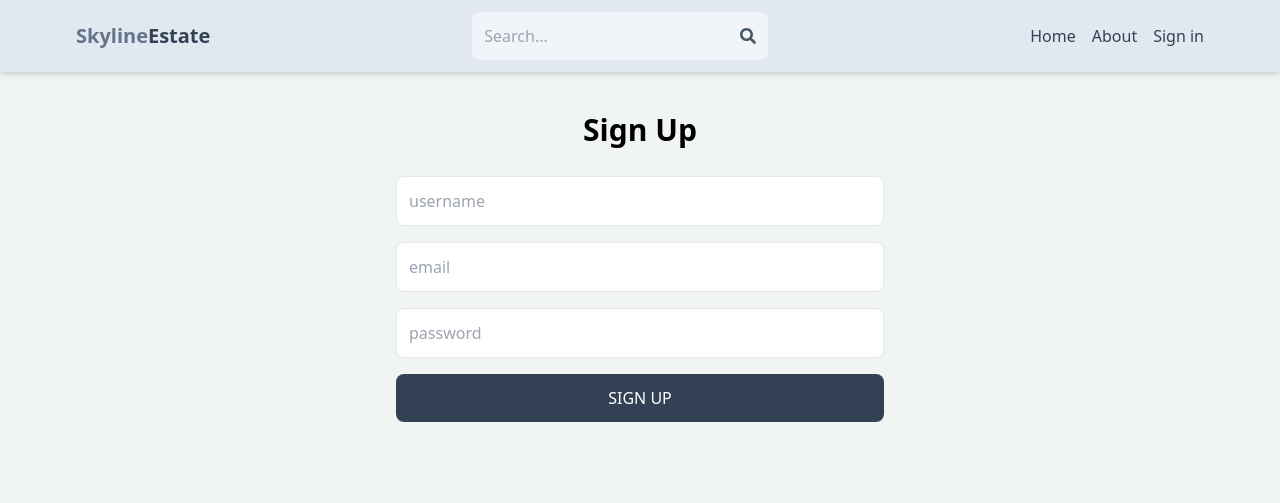
Repository: stavan30/mern-estate
Page: /sign-up (app in client/)
An editor plug-in stored every save of this project. The page is shown before and after the next save, followed by the edit.
The browser window is 1280 px wide. The pictures show the whole page.
The project was rebuilt for these pictures with package versions that can differ from the ones it lists, and the page was loaded fresh each time. Also part of the build but not shown: client/vite.config.js, client/src/pages/About.jsx, client/src/pages/Home.jsx, client/src/pages/Profile.jsx, client/src/pages/SignIn.jsx.

Above is the page before, as saved 2024-01-19 02:32:51.

After the next save:
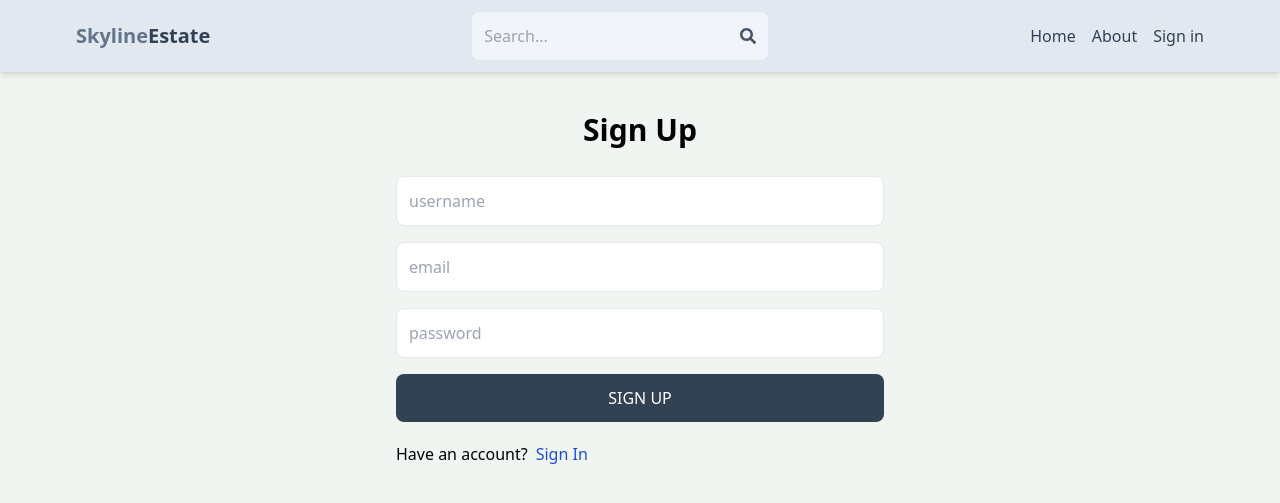
Saved 4 min 29 s later.
--- a/client/src/pages/SignUp.jsx
+++ b/client/src/pages/SignUp.jsx
@@ -1,4 +1,4 @@
-import React from 'react'
+import { Link } from 'react-router-dom';
 
 export default function SignUp() {
   return (
@@ -20,6 +20,12 @@ export default function SignUp() {
           Sign Up
         </button>
       </form>
+      <div className='flex gap-2 mt-5'>
+        <p>Have an account? </p>
+        <Link to={"/sing-in"}>
+          <span className='text-blue-700'>Sign In</span>
+        </Link>
+      </div>
     </div>
   )
 }
